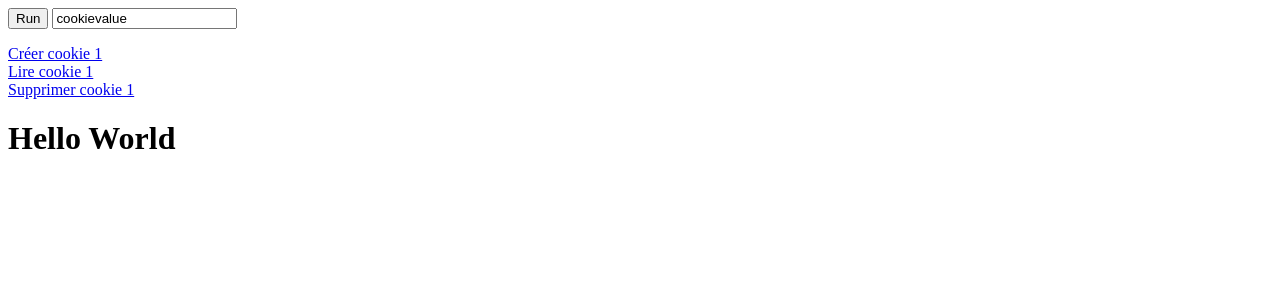
Repository: SarahG4000/workshop-cookies
Page: http://localhost/index.php
An editor plug-in stored every save of this project. The page is shown before and after the next save, followed by the edit.
The browser window is 1280 px wide. The pictures show the whole page.
The page is run by PHP 8.4 with error messages shown; the project is at /var/www/html/.

Above is the page before, as saved 2020-09-02 00:09:55.

After the next save:
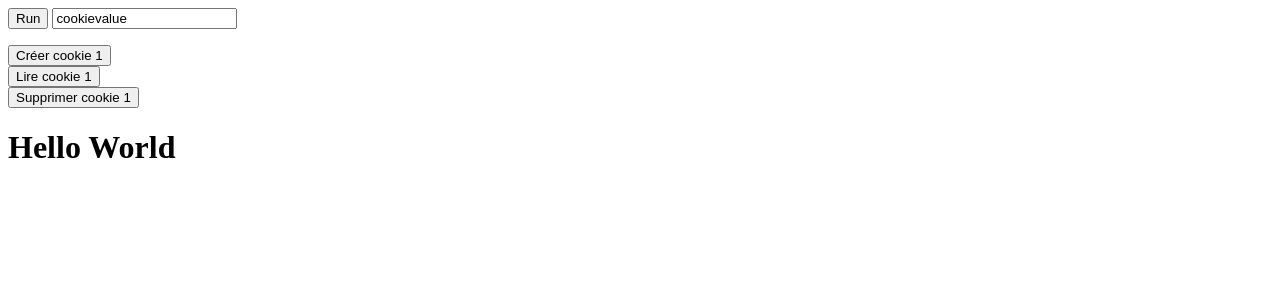
Saved 49 s later.
--- a/src/index.php
+++ b/src/index.php
@@ -15,9 +15,9 @@ include './php/cookies.php'; ?>
         <button id="run">Run</button>
 
         <input type="text" value="cookievalue" />
-        <p><a href="javascript:createCookie('cookietest1')" class="page">Créer cookie 1</a><br>
-        <a href="javascript:readCookie('cookietest1')" class="page">Lire cookie 1</a><br>
-        <a href="javascript:eraseCookie('cookietest1')" class="page">Supprimer cookie 1</a></p>
+        <p><button href="javascript:createCookie('cookietest1')" class="page">Créer cookie 1</button><br>
+        <button href="javascript:readCookie('cookietest1')" class="page">Lire cookie 1</button><br>
+        <button href="javascript:eraseCookie('cookietest1')" class="page">Supprimer cookie 1</button></p>
 
 
         <?php HelloWorld(); ?>
